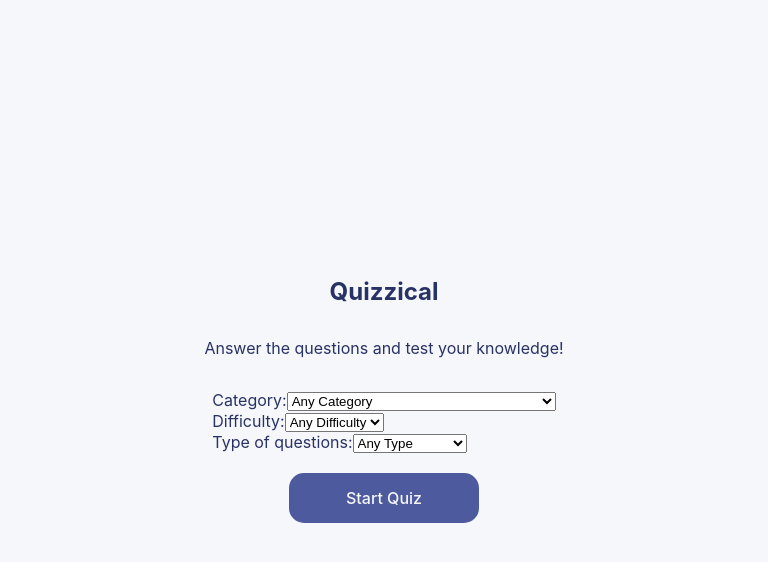
Repository: alexandruvisan19/Quizzical
Page: /
The author's editor kept a copy of each file at every save. The page is drawn from the files as they stood at one save, then again after the next save.
The browser window is 768 px wide. The pictures show the whole page.
The project was rebuilt for these pictures with package versions that can differ from the ones it lists, and the page was loaded fresh each time. Also part of the build but not shown: src/components/QuestionsAndAnswers/QuestionsAndAnswers.css, src/components/Question/Question.css, src/components/Question/Question.tsx, src/services/getQuestions.tsx, src/components/QuestionsAndAnswers/QuestionsAndAnswers.tsx.

Above is the page before, as saved 2022-08-04 08:51:26.

After the next save:
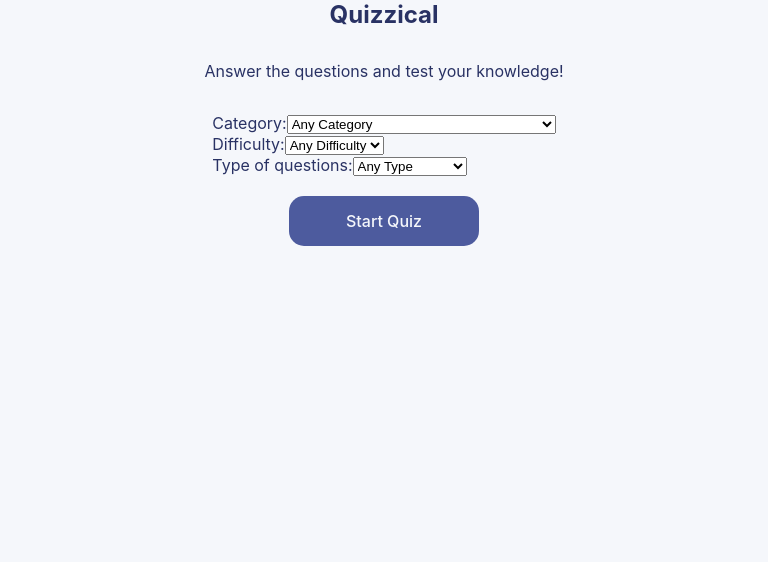
Saved 5 s later.
--- a/src/App.css
+++ b/src/App.css
@@ -63,6 +63,6 @@
 
 @media screen and (max-width: 870px) {
 	.game-intro {
-
+		height: auto;
 	}
 }
